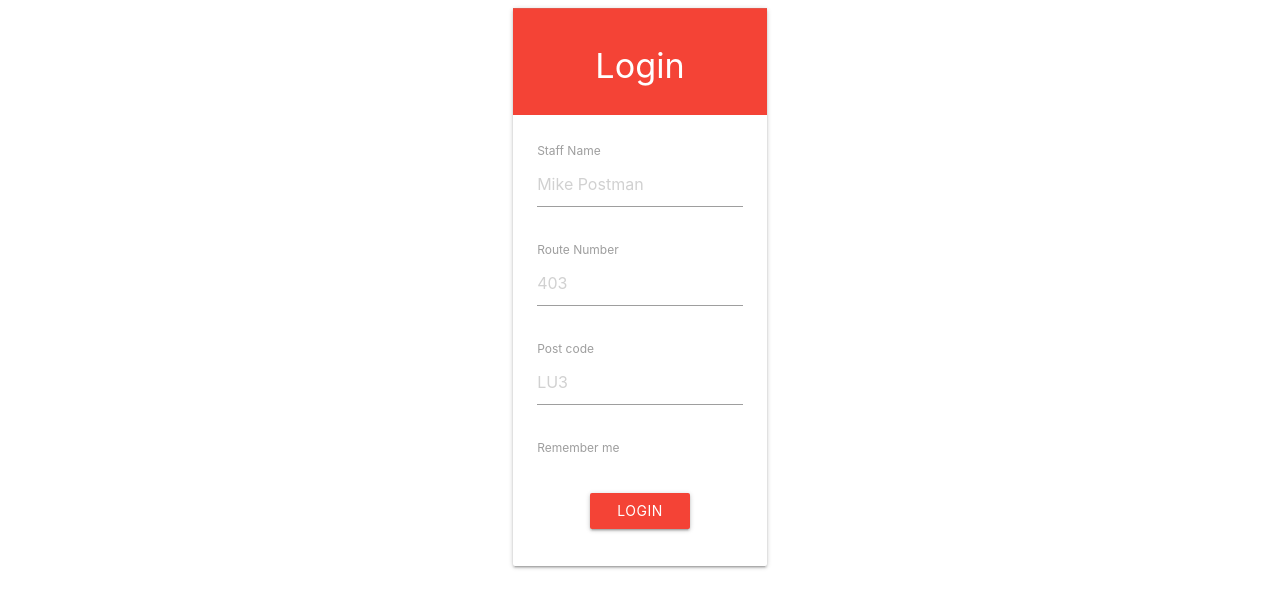
Repository: bandyp/Postal-Reminders
Page: http://localhost/
The author's editor kept a record of every edit. The page is drawn from the files as they stood at one moment, then again after the next edit.
The browser window is 1280 px wide. The pictures show the whole page.
The page is served by the project's application, run on Flask 3 (app.py). Queries for data that is not in the repository find no rows.

Above is the page before.

After the next edit:
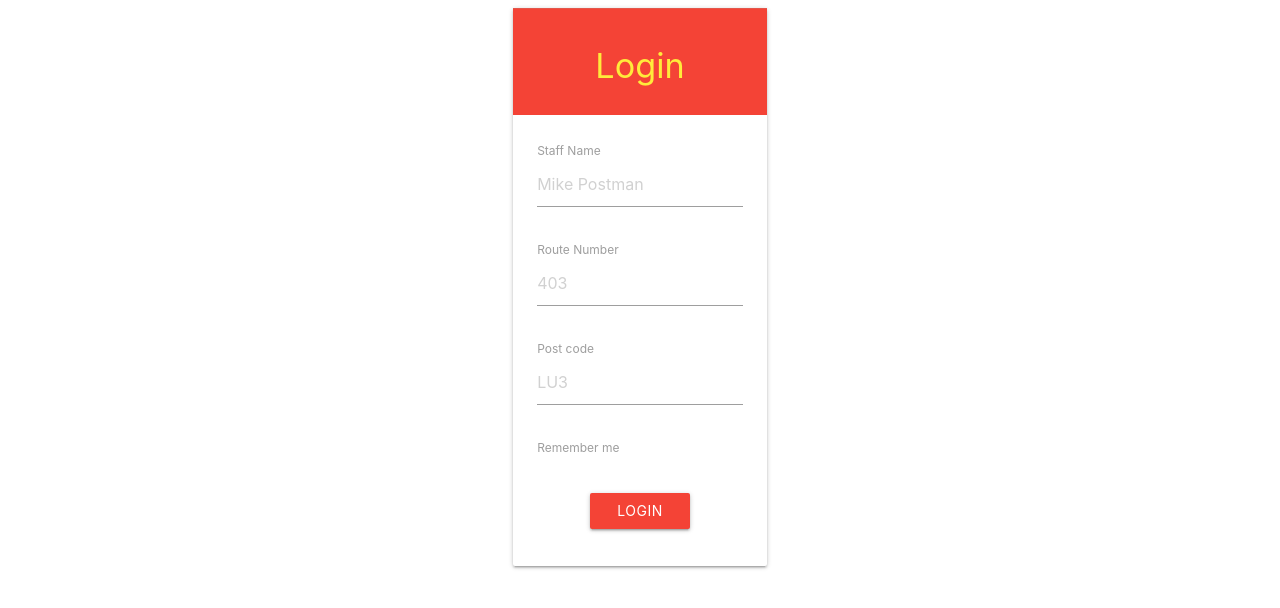
The edit:
--- a/templates/login.html
+++ b/templates/login.html
@@ -7,7 +7,7 @@
         <form action="{{ url_for('insert_login') }}" method="POST" class="col s12">
         <div class="card">
 
-            <div class="card-action red center white-text">
+            <div class="card-action red center  yellow-text">
                 <h4>Login</h4>
             </div>
 
